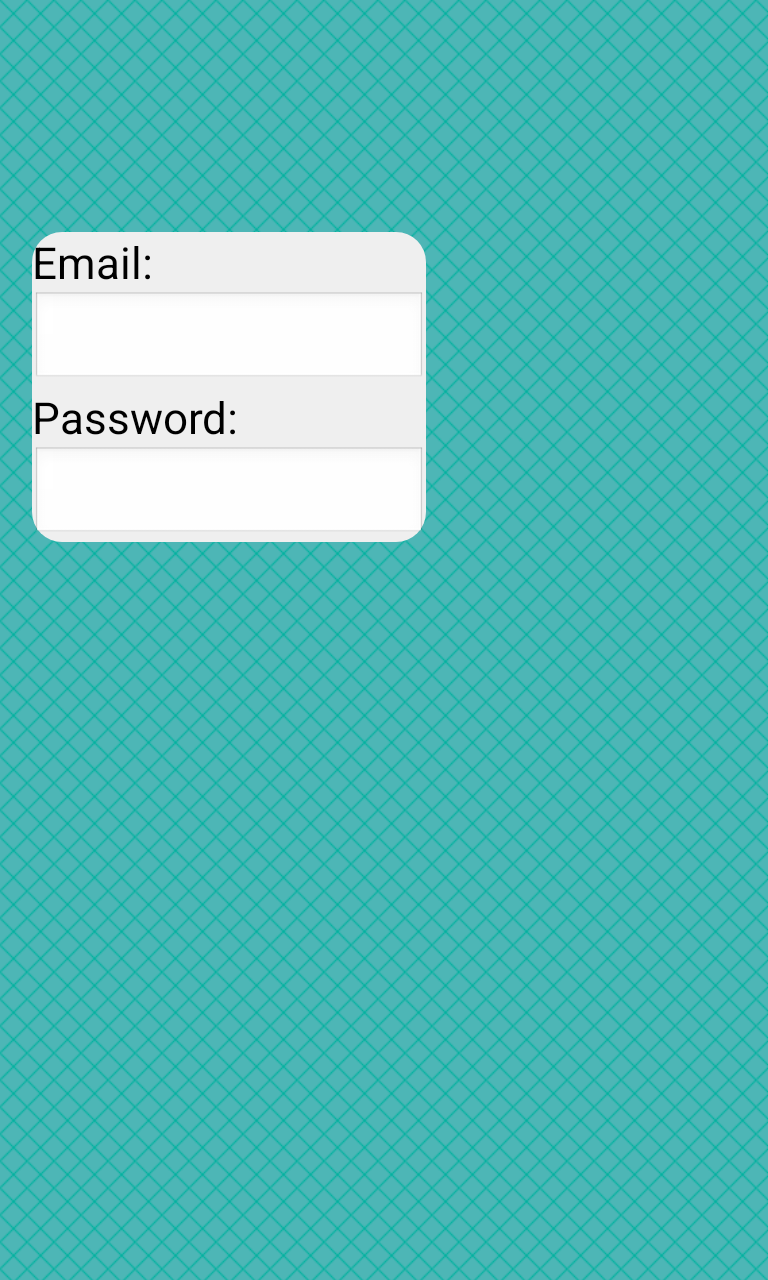
Repository: ppamorim/Coderock-X
Layout: workspace-Android/teste1/res/layout/activity_login.xml
The author's editor kept a copy of each file at every save. The layout is drawn from the files as they stood at one save, then again after the next save.
It is drawn on a 768 x 1280 px phone screen (xhdpi) without system bars, with theme android:Theme.NoTitleBar; the app's code is not run.

Above is the layout before, as saved 2014-01-05 05:58:50.

### workspace-Android/teste1/res/layout/activity_login.xml
<?xml version="1.0" encoding="utf-8"?>
<LinearLayout xmlns:android="http://schemas.android.com/apk/res/android"
    xmlns:tools="http://schemas.android.com/tools"
    android:id="@+id/LinearLayout1"
    android:layout_width="match_parent"
    android:layout_height="match_parent"
    android:background="@drawable/background"
    android:orientation="vertical"
    android:paddingBottom="@dimen/activity_vertical_margin"
    android:paddingLeft="@dimen/activity_horizontal_margin"
    android:paddingRight="@dimen/activity_horizontal_margin"
    android:paddingTop="@dimen/activity_vertical_margin"
    tools:context=".MainActivity" >

	<!-- <View
        android:id="@+id/spacer1"
        android:layout_width="wrap_content"
        android:layout_height="0dp"
        android:layout_gravity="center_horizontal"
        android:layout_weight="0.18"
        android:background="@layout/rounded" />-->

    <FrameLayout
        android:layout_width="197dp"
        android:layout_height="wrap_content"
        android:layout_gravity="center"
        android:background="@layout/rounded"
        android:layout_marginTop="100dp"
        android:layout_gravity = "center_vertical">

        <LinearLayout
            android:layout_width="match_parent"
            android:layout_height="match_parent"
            android:orientation="vertical" >

            <TextView
                android:id="@+id/textView1"
                android:layout_width="wrap_content"
                android:layout_height="wrap_content"
                android:text="@string/Email"
                android:textColor="#000"
                android:textAppearance="?android:attr/textAppearanceLarge" />

            	<EditText
            	android:id="@+id/editText1"
            	android:layout_width="match_parent"
            	android:layout_height="wrap_content"
            	android:ems="10" />

            <TextView
                android:id="@+id/textView2"
                android:layout_width="wrap_content"
                android:layout_height="wrap_content"
                android:text="@string/Password"
                android:textColor="#000"
                android:textAppearance="?android:attr/textAppearanceLarge" />

        <EditText
            android:id="@+id/editText1"
            android:layout_width="match_parent"
            android:layout_height="wrap_content"
            android:ems="10" >
        </EditText>
        </LinearLayout>

    </FrameLayout>

</LinearLayout>

### workspace-Android/teste1/res/drawable-hdpi/background.xml
<?xml version="1.0" encoding="utf-8"?>
<bitmap xmlns:android="http://schemas.android.com/apk/res/android"
  android:src="@drawable/bg"
  android:tileMode="repeat" />

### workspace-Android/teste1/res/layout/rounded.xml
<?xml version="1.0" encoding="utf-8"?>
<layer-list xmlns:android="http://schemas.android.com/apk/res/android">
    <item>
        <shape android:shape="rectangle" >
            <corners android:radius="15dip" />
            <solid android:color="#efefef" />
            <stroke android:width="0dp" android:color="#bebfc1"/>
        </shape>
    </item>
</layer-list>

### workspace-Android/teste1/res/values/strings.xml
<?xml version="1.0" encoding="utf-8"?>
<resources>

    <string name="app_name">Feel</string>
    <string name="action_settings">Settings</string>
    <string name="hello_world">Hello world!</string>
    <string name="Email">Email:</string>
    <string name="Password">Password:</string>
    <string name="Resultado">Resultado:</string>
    <string name="BotaoSomar">Somar</string>
    <string name="BotaoSub">Subtrair</string>
    <string name="BotaoMulti">Multiplicar</string>
    <string name="BotaoDividir">Dividir</string>

</resources>

Loaded but not shown: workspace-Android/teste1/res/values/dimens.xml (common file)

After the next save:
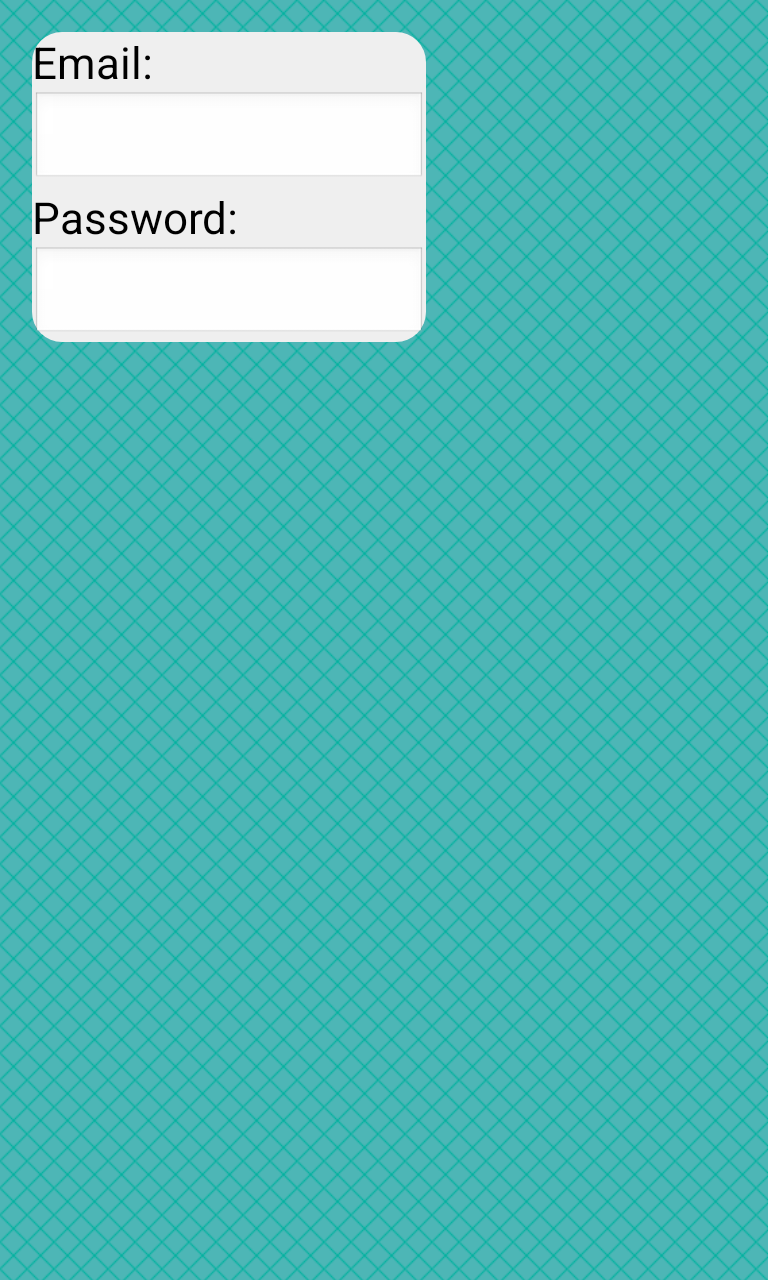
Saved 6 s later.
--- a/workspace-Android/teste1/res/layout/activity_login.xml
+++ b/workspace-Android/teste1/res/layout/activity_login.xml
@@ -25,7 +25,6 @@
         android:layout_height="wrap_content"
         android:layout_gravity="center"
         android:background="@layout/rounded"
-        android:layout_marginTop="100dp"
         android:layout_gravity = "center_vertical">
 
         <LinearLayout
